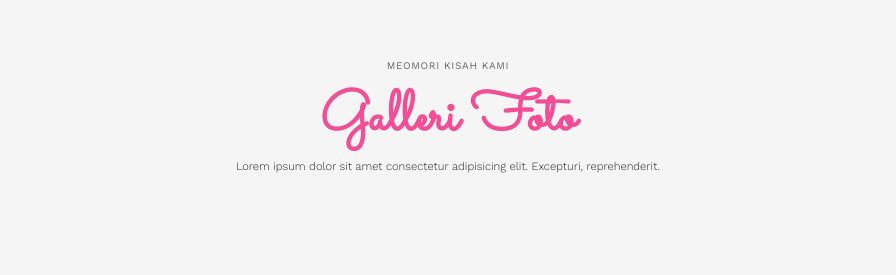
Repository: sellayspy/invitation
Page: index.html
These files come from the project's save history. The page is drawn as it stood at one moment and after the next save; the edit follows.
The browser window is 1280 px wide. The pictures show the part of the page from y = 3966 to 5886 px (the page is 4359 px tall before and 5886 px after), at 70% of full size.

Above is the page before, as saved 2024-07-08 20:19:11.

### index.html
<!DOCTYPE html>
<html lang="en">
  <head>
    <meta charset="utf-8" />
    <meta name="viewport" content="width=device-width, initial-scale=1" />
    <title>Dela & Roni</title>
    <link
      href="https://cdn.jsdelivr.net/npm/bootstrap@5.3.3/dist/css/bootstrap.min.css"
      rel="stylesheet"
      integrity="sha384-QWTKZyjpPEjISv5WaRU9OFeRpok6YctnYmDr5pNlyT2bRjXh0JMhjY6hW+ALEwIH"
      crossorigin="anonymous"
    />
    <link rel="preconnect" href="https://fonts.googleapis.com" />
    <link rel="preconnect" href="https://fonts.gstatic.com" crossorigin />
    <link
      href="https://fonts.googleapis.com/css2?family=Sacramento&family=Work+Sans:ital,wght@0,100..900;1,100..900&display=swap"
      rel="stylesheet"
    />

    <!--Simple Coutdown-->
    <link rel="stylesheet" href="coutdown/simplyCountdown.theme.default.css" />
    <script src="coutdown/simplyCountdown.min.js"></script>

    <!--Custom CSS Icon-->
    <link rel="stylesheet" href="https://cdn.jsdelivr.net/npm/bootstrap-icons@1.11.3/font/bootstrap-icons.min.css">

    <link rel="stylesheet" href="style.css" />
  </head>
  <body>
    <section
      id="hero"
      class="hero w-100 h-100 p-3 mx-auto text-center d-flex justify-content-center align-items-center text-white"
    >
      <main>
        <h4>Kepada Bapak/Ibu/Saudara/i,</h4>
        <h1>Dela Sri Aprialini & Roni Sahroni</h1>
        <p>Akan melangsungkan resepsi pernikahan dalam:</p>
        <div class="simply-countdown"></div>
        <a href="#undangan" class="btn btn-lg mt-4">Lihat Undangan</a>
      </main>
    </section>

    <nav class="navbar navbar-expand-md bg-transparent sticky-top mynavbar">
      <div class="container">
        <a class="navbar-brand" href="#">Spy</a>
        <button
          class="navbar-toggler border-0"
          type="button"
          data-bs-toggle="offcanvas"
          data-bs-target="#offcanvasNavbar"
          aria-controls="offcanvasNavbar"
          aria-label="Toggle navigation"
        >
          <span class="navbar-toggler-icon"></span>
        </button>
        <div
          class="offcanvas offcanvas-end"
          tabindex="-1"
          id="offcanvasNavbar"
          aria-labelledby="offcanvasNavbarLabel"
        >
          <div class="offcanvas-header">
            <h5 class="offcanvas-title" id="offcanvasNavbarLabel">Spy</h5>
            <button
              type="button"
              class="btn-close"
              data-bs-dismiss="offcanvas"
              aria-label="Close"
            ></button>
          </div>
          <div class="offcanvas-body">
            <div class="navbar-nav ms-auto">
              <a class="nav-link" href="#home">Home</a>
              <a class="nav-link" href="#info">Info</a>
              <a class="nav-link" href="#story">Story</a>
              <a class="nav-link" href="#gallery">Gallery</a>
              <a class="nav-link" href="#rsvp">RSVP</a>
              <a class="nav-link" href="#gifts">Gifts</a>
            </div>
          </div>
        </div>
      </div>
    </nav>

    <section id="home" class="home">
      <div class="container">
        <div class="row justify-content-center">
          <div class="col-md-8 text-center">
            <h2>Acara Pernikahan</h2>
            <h3>
              Diselenggarakan pada 04 oktober 2024 di Tasikmalaya, Jawa Barat
            </h3>
            <p>
              Oleh karena itu, dengan segala hormat, kami bermaksud untuk
              mengundang Bapak/Ibu, Saudara/i, untuk hadir pada acara pernikahan
              kami.
            </p>
          </div>
        </div>

        <div class="row couple">
          <div class="col-lg-6">
            <div class="row">
              <div class="col-8 text-end">
                <h3>Roni Sahroni</h3>
                <p>
                  Lorem ipsum dolor, sit amet consectetur adipisicing elit. Quis
                  rerum qui, placeat harum quod saepe eius necessitatibus sunt
                  doloremque! Aperiam, laborum doloribus quos sit et adipisci
                  molestias iure sunt dolorum?
                </p>
                <p>
                  Putra dari Bpk. Lorem <br />
                  dan Ibu Ipsum
                </p>
              </div>
              <div class="col-4">
                <img
                  src="img/Desain tanpa judul (1).jpg"
                  alt="Roni Sahroni"
                  class="img-responsive rounded-circle"
                />
              </div>
            </div>
          </div>

          <span class="heart"><i class="bi bi-heart-fill"></i></span>

          <div class="col-lg-6">
            <div class="row">
              <div class="col-4">
                <img
                  src="img/Desain tanpa judul (2).jpg"
                  alt="Dela Sri"
                  class="img-responsive rounded-circle"
                />
              </div>
              <div class="col-8">
                <h3>Dela Sri</h3>
                </h3>
                <p>
                  Lorem ipsum dolor, sit amet consectetur adipisicing elit. Quis
                  rerum qui, placeat harum quod saepe eius necessitatibus sunt
                  doloremque! Aperiam, laborum doloribus quos sit et adipisci
                  molestias iure sunt dolorum?
                </p>
                <p>
                  Putra dari Bpk. Lorem <br />
                  dan Ibu Ipsum
                </p>
              </div>
            </div>
          </div>
        </div>
      </div>
    </section>

    <section id="info" class="info">
      <div class="container">
        <div class="row justify-content-center">
          <div class="col-md-8 col-10 text-center">
            <h2>Informasi Acara</h2>
            <p class="alamat">Alamat: Gedung Kologdam, Kodiklat TNI AL AD. <br> Jl. Kologdam No. 1, Kec. Bandung</p>
            <a href="https://maps.app.goo.gl/j2RVmCKoAZy6CYFM9" target="_blank" class="btn btn-light btn-sm my-3">Klik untuk membuka peta</a>
            <p class="description">Diharapkan untuk tidak salah tempatkan acara</p>
          </div>
        </div>

        <div class="row justify-content-center mt-4">
          <div class="col-md-5 col-10">
            <div class="card text-center text-bg-light mb-5">
         <div class="card-header">Akad Nikah</div>
              <div class="card-body">
                <div class="row justify-content-center">
                  <div class="col-md-6">
                    <i class="bi bi-clock d-block"></i>
                    <span>08.00 - 10.00</span>
                  </div>
                  <div class="col-md-6">
                    <i class="bi bi-calendar3 d-block"></i>
                    <span>Jum'at, 04 Oktober 2023</span>
                  </div>
                </div>
             </div>
         <div class="card-footer">
          Saat acara akad diharapkan untuk kondusif menjaga kehidmatan dan kekhsyuan seluruh prosesi.
        </div>
          </div>
          </div>

          <div class="col-md-5 col-10">
            <div class="card text-center text-bg-light">
         <div class="card-header">Resepsi</div>
              <div class="card-body">
                <div class="row justify-content-center">
                  <div class="col-md-6">
                    <i class="bi bi-clock d-block"></i>
                    <span>11.00 - selesai</span>
                  </div>
                  <div class="col-md-6">
                    <i class="bi bi-calendar3 d-block"></i>
                    <span>Jum'at, 04 Oktober 2023</span>
                  </div>
                </div>
             </div>
         <div class="card-footer">
          Saat acara akad diharapkan untuk kondusif menjaga kehidmatan dan kekhsyuan seluruh prosesi.
        </div>
          </div>
          </div>
        </div>
      </div>
    </section>

    <section id="story" class="story">
      <div class="container">
        <div class="row justify-content-center">
          <div class="col-md-8 col-10 text-center">
            <span>Bagiamana Cinta Kami Bersemi</span>
            <h2>Cerita Kami</h2>
            <p>Lorem ipsum dolor sit amet, consectetur adipisicing elit. Ipsa nemo ab fuga, est eaque quia temporibus tempore reiciendis illo optio officiis maiores aut, doloribus fugit ullam repellat facere? Ea, nostrum!</p>
          </div>
        </div>
        <div class="row">
          <div class="col">
            <ul class="timeline">
              <li>
                <div class="timeline-image" style="background-image: url(img/img-4.jpg);"></div>
                <div class="timeline-panel">
                  <div class="timeline-heading">
                  <h3>Pertama Bertemu</h3>
                  <span>1 Januari 2023</span>
                </div>
                <div class="timeline-body">
                  <p>Lorem ipsum dolor sit amet consectetur adipisicing elit. Quae modi cumque alias consequuntur ab quod.</p>
                </div>
                </div>

              </li>
              <li class="timeline-inverted">
                <div class="timeline-image" style="background-image: url(https://picsum.photos/300/300);"></div>
                <div class="timeline-panel">
                  <div class="timeline-heading">
                  <h3>Mulai Serius</h3>
                  <span>3 Februari 2023</span>
                </div>
                <div class="timeline-body">
                  <p>Lorem ipsum dolor sit amet consectetur adipisicing elit. Quae modi cumque alias consequuntur ab quod.</p>
                </div>
                </div>

              </li>
              <li>
                <div class="timeline-image" style="background-image: url(https://picsum.photos/301/301);"></div>
                <div class="timeline-panel">
                  <div class="timeline-heading">
                  <h3>Tunangan</h3>
                  <span>1 Maret 2023</span>
                </div>
                <div class="timeline-body">
                  <p>Lorem ipsum dolor sit amet consectetur adipisicing elit. Quae modi cumque alias consequuntur ab quod.</p>
                </div>
                </div>

              </li>
            </ul>
          </div>
        </div>
      </div>
    </section>

    <section id="gallery" class="gallery">
      <div class="container">
        <div class="row justify-content-center">
          <div class="col-md-8 col-10 text-center">
            <span>Meomori Kisah Kami</span>
            <h2>Galleri Foto</h2>
            <p>Lorem ipsum dolor sit amet consectetur adipisicing elit. Excepturi, reprehenderit.</p>
          </div>
        </div>
        <div class="row row-col-md-3 row-col-sm-2 row-col-1"></div>
      </div>
    </section>

    <script
      src="https://cdn.jsdelivr.net/npm/bootstrap@5.3.3/dist/js/bootstrap.bundle.min.js"
      integrity="sha384-YvpcrYf0tY3lHB60NNkmXc5s9fDVZLESaAA55NDzOxhy9GkcIdslK1eN7N6jIeHz"
      crossorigin="anonymous"
    ></script>

    <script>
      simplyCountdown(".simply-countdown", {
        year: 2024, // required
        month: 10, // required
        day: 4, // required
        hours: 8, // Default is 0 [0-23] integer
        words: {
          //words displayed into the countdown
          days: { singular: "hari", plural: "hari" },
          hours: { singular: "jam", plural: "jam" },
          minutes: { singular: "menit", plural: "menit" },
          seconds: { singular: "detik", plural: "detik" },
        },
      });
    </script>

    <script>

      const hamburger = document.querySelector(".navbar-toggler");

      const stickyTop = document.querySelector(".sticky-top");

      hamburger.addEventListener("click", () => {
        stickyTop.style.overflow = 'visible'
      });

      const offCanvas = document.querySelector(".offcanvas");

      offCanvas.addEventListener("hidden.bs.offcanvas", () => {
        stickyTop.style.overflow = 'hidden'
      });

    </script>
  </body>
</html>

### coutdown/simplyCountdown.theme.default.css
.simply-countdown {
  overflow: hidden;
  display: table;
  font-family: "Arial", sans-serif;
  margin: auto;
}
.simply-countdown > .simply-section {
  width: 50px;
  height: 50px;
  padding: 80px;
  display: flex;
  align-items: center;
  justify-content: center;
  float: left;
  margin: 10px;
  background: var(--pink);
  box-shadow: 0 1px 3px rgba(0, 0, 0, 0.12), 0 1px 2px rgba(0, 0, 0, 0.24);
  border-radius: 50%;
}
.simply-countdown > .simply-section .simply-amount,
.simply-countdown > .simply-section .simply-word {
  display: block;
  text-align: center;
}
.simply-countdown > .simply-section .simply-amount {
  font-size: 1.6rem;
}

### style.css
:root {
  --pink: #f14e95;

  --bg: #0a0a0a;

  --shadow: 0 2px 2px rgb(0 0 0/ 0.5);
}

body {
  font-size: 1.2rem;
  font-family: "Work Sans", sans-serif;
  min-height: 4000px;
}

.hero::before {
  content: "";
  position: absolute;
  top: 0;
  left: 0;
  height: 100%;
  width: 100%;
  background-image: url(img/gambar-1.jpg);
  background-size: cover;
  background-position: center;
  z-index: -1;
  filter: blur(2px);
}

.hero {
  position: relative;
  min-height: 100vh;
}

.hero h1,
.hero h4,
.hero p {
  text-shadow: var(--shadow);
}

.hero h1 {
  font-family: "Sacramento", cursive;
  font-size: 6rem;
}

.hero h4 {
  font-size: 1.6rem;
}

.hero p {
  font-size: 1.4rem;
}

.hero a {
  color: var(--pink);

  background-color: white;

  box-shadow: var(--shadow);
}

.hero a:hover {
  background-color: var(--pink);
  color: white;
}

.mynavbar {
  background-color: rgba(255, 255, 255, 0.4) !important;
  backdrop-filter: blur(4px);
}

.mynavbar .offcanvas {
  height: 100vh;
}

.mynavbar .navbar-brand,
.mynavbar .offcanvas-title {
  font-family: "Sacramento", cursive;
  font-size: 3.2rem;
  font-weight: bold;
}

.mynavbar .nav-link {
  text-transform: uppercase;
}

.home {
  background-image: url(img/Desain\ tanpa\ judul.png);
  background-size: cover;
  min-height: 100vh;
  margin-top: -6rem;
  padding-top: 15rem;
  padding-bottom: 5rem;
}

.home h2,
.info h2,
.story h2,
.gallery h2 {
  color: var(--pink);
  font-family: "Sacramento", cursive;
  font-size: 5rem;
  font-weight: bold;
}

.home h3 {
  color: #444;
  font-size: 1.5rem;
  margin-bottom: 1rem;
}

.home p {
  font-size: 1.1rem;
  color: #666;
}

.home .couple {
  margin-top: 100px;
}

.home .couple h3 {
  font-family: "Sacramento";
  font-size: 2.4rem;
  color: var(--pink);
}

.home .couple img {
  width: 100%;
}

.home .heart {
  width: 50px;
  height: 50px;
  background-color: white;
  display: flex;
  border-radius: 50%;
  box-shadow: 0 0 5px rgba(0, 0, 0, 0.5);
  position: absolute;
  left: 50%;
  transform: translateX(-50%) translateY(65px);
}

.home .heart i {
  margin: auto;
  color: var(--pink);
}

.info {
  background-color: var(--bg);
  color: white;
  padding-top: 10rem;
  padding-bottom: 8rem;
}

.info .alamat {
  font-size: 1.1rem;
}

.info .description {
  font-size: 1rem;
  font-weight: 300;
}

.info .card {
  background-color: rgba(255, 255, 255, 0.2) !important;
  color: white !important;
  border: 1px solid #999;
}

.info .card-header {
  border: 1px solid #999;
  text-transform: uppercase;
  letter-spacing: 0.1rem;
}

.info .card-body {
  font-size: 1rem;
}

.info .card-footer {
  border-top: 1px solid #999;
  font-size: 0.9rem;
  font-weight: 300;
}

.story,
.gallery {
  padding-top: 10rem;
  padding-bottom: 8rem;
}

.story span,
.gallery span {
  text-transform: uppercase;
  color: #666;
  font-size: 0.9rem;
  letter-spacing: 1px;
  margin-bottom: 1rem;
  display: block;
}

.story p,
.gallery p {
  font-size: 1rem;
  font-weight: 300;
}

.timeline {
  list-style: none;
  padding: 1.4rem;
  margin-top: 1rem;
  position: relative;
}

.timeline::before {
  content: "";
  top: 0;
  bottom: 0;
  position: absolute;
  width: 1px;
  background-color: #ccc;
  left: 50%;
}

.timeline li {
  margin-bottom: 1.5rem;
  position: relative;
}

.timeline li::before,
.timeline li::after {
  content: "";
  display: table;
}

.timeline li::after {
  clear: both;
}

.timeline li .timeline-image {
  width: 160px;
  height: 160px;
  background-color: #ccc;
  position: absolute;
  left: 50%;
  transform: translateX(-50%);
  border-radius: 50%;
  background-size: cover;
  background-position: center;
  background-repeat: no-repeat;
}

.timeline li .timeline-panel {
  width: 40%;
  float: left;
  border: 1px solid #ccc;
  padding: 2rem;
  position: relative;
  border-radius: 8px;
}

.timeline li .timeline-panel::before {
  content: "";
  display: inline-block;
  position: absolute;
  border-top: 15px solid transparent;
  border-left: 15px solid #ccc;
  border-right: 0 solid #ccc;
  border-bottom: 15px solid transparent;
  top: 80px;
  right: -15px;
}

.timeline li .timeline-panel::after {
  content: "";
  position: absolute;
  display: inline-block;
  border-top: 14px solid transparent;
  border-left: 14px solid #fff;
  border-right: 0 solid #fff;
  border-bottom: 14px solid transparent;
  top: 81px;
  right: -13px;
}

.timeline li.timeline-inverted .timeline-panel {
  float: right;
}

.timeline li.timeline-inverted .timeline-panel::before {
  border-left-width: 0;
  border-right-width: 15px;
  left: -15px;
  right: auto;
}

.timeline li.timeline-inverted .timeline-panel::after {
  border-left-width: 0;
  border-right-width: 14px;
  left: -13px;
  right: auto;
}

.gallery {
  background-color: #f5f5f5;
}

/* Media Query */

/* Extra large devices (large laptops and desktops, 1200px and up) */

@media (max-width: 1200px) {
  .home .heart {
    transform: translateX(-50%) translateY(45px);
  }
}

/* Laptop */
@media (max-width: 992px) {
  html {
    font-size: 75%;
  }
  .simply-countdown > .simply-section {
    padding: 70px;
  }

  .home .heart {
    display: none;
  }

  .timeline::before {
    left: 60px;
  }

  .timeline li .timeline-image {
    left: 15px;
    margin-left: 45px;
    top: 16px;
  }

  .timeline li .timeline-panel {
    width: calc((100%-200px));
    float: right;
  }

  .timeline li .timeline-panel::before {
    border-left-width: 0;
    border-right-width: 15px;
    left: -15px;
    right: auto;
  }

  .timeline li .timeline-panel::after {
    border-left-width: 0;
    border-right-width: 14px;
    left: -13px;
    right: auto;
  }
}

/* Tablet */
@media (max-width: 768px) {
  html {
    font-size: 65%;
  }
  .simply-countdown > .simply-section {
    padding: 60px;
    margin: 5px;
  }

  .mynavbar .nav-link {
    font-size: 2rem;
    text-align: center;
  }

  .sticky-top {
    overflow: hidden;
  }

  .timeline li .timeline-image {
    width: 140px;
    height: 140px;
  }
}

/* mobile phone */
@media (max-width: 576px) {
  html {
    font-size: 55%;
  }
  .simply-countdown > .simply-section {
    padding: 45px;
    margin: 3px;
  }

  .timeline li .timeline-image {
    width: 80px;
    height: 80px;
  }

  .timeline li .timeline-panel {
    width: 65%;
    transform: translateX(-20px);
  }

  .timeline li .timeline-panel::before {
    top: 30px;
  }

  .timeline li .timeline-panel::after {
    top: 31px;
  }
}

Loaded but not shown: coutdown/simplyCountdown.min.js (library)

After the next save:
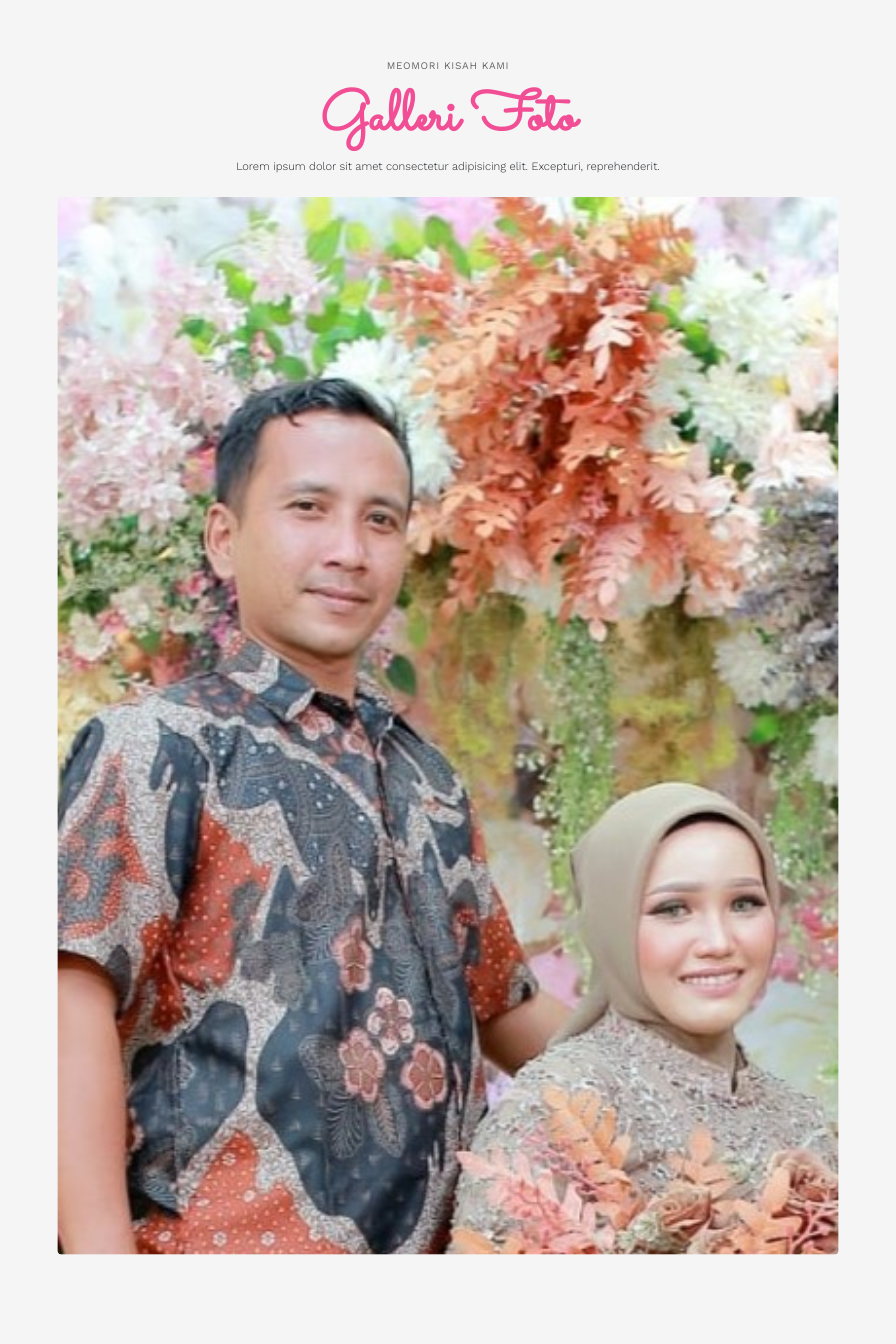
Saved 2 min 14 s later.
--- a/index.html
+++ b/index.html
@@ -278,7 +278,13 @@
             <p>Lorem ipsum dolor sit amet consectetur adipisicing elit. Excepturi, reprehenderit.</p>
           </div>
         </div>
-        <div class="row row-col-md-3 row-col-sm-2 row-col-1"></div>
+        <div class="row row-col-md-3 row-col-sm-2 row-col-1">
+          <div class="col mt-3">
+            <a href="img/gallery/IMG-20240708-WA0007.jpg">
+              <img src="img/gallery/thumbnail/IMG-20240708-WA0007.jpg" alt="Dela" class="img-fluid w-100 rounded">
+            </a>
+          </div>
+        </div>
       </div>
     </section>
 
